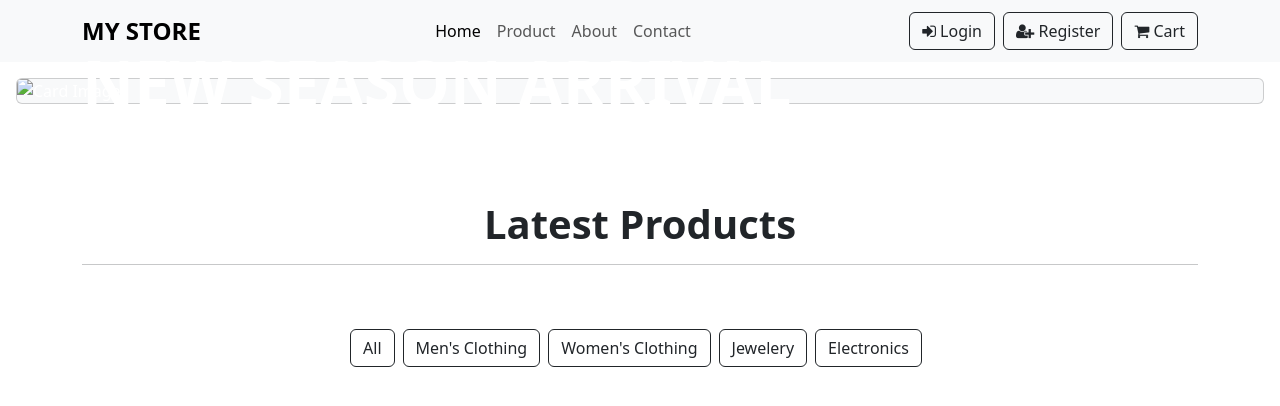
Repository: asad3407886839/E-commerce-Store
Page: / (app in vite-project/)
These files come from the project's save history. The page is drawn as it stood at one moment and after the next save; the edit follows.
The browser window is 1280 px wide. The pictures show the whole page.
The page's requests for data from a server got no answer. The project was rebuilt for these pictures with package versions that can differ from the ones it lists, and the page was loaded fresh each time. A package was used in the major version that the imports need, not the one package.json lists. No one was signed in, and anything a server would have sent is missing. Also part of the build but not shown: vite-project/vite.config.js, vite-project/src/index.css.

Above is the page before, as saved 2024-06-29 18:56:57.

### vite-project/src/main.jsx
import React from 'react'
import ReactDOM from 'react-dom/client'
import App from './App.jsx'
import './index.css'
import '../node_modules/bootstrap/dist/css/bootstrap.min.css'
import '../node_modules/bootstrap/dist/js/bootstrap.bundle'
import 'font-awesome/css/font-awesome.min.css'
import { BrowserRouter } from 'react-router-dom';


ReactDOM.createRoot(document.getElementById('root')).render(
  <BrowserRouter>
 <App/>

  </BrowserRouter>
)

### vite-project/src/App.jsx
import React from 'react'
import Navbar from './components/Navbar'
import Home from './components/Home'
import Products from './components/Products'
import {  Route, Switch } from 'react-router-dom';

const App = () => {
  return (
    <div>
      <Navbar/>
      <Home/>
      <Products/>
    </div>
  )
}

export default App

### vite-project/src/components/Navbar.jsx
import React from 'react';
const Navbar = () => {
  return (
    <div>
      <nav className="navbar navbar-expand-lg navbar-light bg-light">
        <div className="container">
          <a className="navbar-brand fw-bold fs-4" href="#">MY STORE</a>
          <button
            className="navbar-toggler"
            type="button"
            data-bs-toggle="collapse"
            data-bs-target="#navbarSupportedContent"
            aria-controls="navbarSupportedContent"
            aria-expanded="false"
            aria-label="Toggle navigation"
          >
            <span className="navbar-toggler-icon"></span>
          </button>
          <div className="collapse navbar-collapse" id="navbarSupportedContent">
            <ul className="navbar-nav mx-auto mb-2 mb-lg-0">
              <li className="nav-item">
                <a className="nav-link active" aria-current="page" href="#">Home</a>
              </li>
              <li className="nav-item">
                <a className="nav-link" href="#">Product</a>
              </li>
              <li className="nav-item">
                <a className="nav-link" aria-current="page" href="#">About</a>
              </li>
              <li className="nav-item">
                <a className="nav-link" aria-current="page" href="#">Contact</a>
              </li>
            </ul>
            <div className="buttons">
              <a href="" className="btn btn-outline-dark">
                <i className="fa fa-sign-in"></i> Login
              </a>
              <a href="" className="btn btn-outline-dark ms-2">
                <i className="fa fa-user-plus"></i> Register
              </a>
              <a href="" className="btn btn-outline-dark ms-2">
                <i className="fa fa-shopping-cart"></i> Cart
              </a>
            </div>
          </div>
        </div>
      </nav>
    </div>
  );
};

export default Navbar;

### vite-project/src/components/Home.jsx
import React from 'react';

const Home = () => {
  return (
    <div className="hero">
       <div className="card text-white bg-light position-relative m-3" >
       <img
          src="https://avatars.mds.yandex.net/i?id=39f40d791f1f7c86e921481b05da4f674ca95710-12803937-images-thumbs&n=13"
          className="card-img"
          alt="Card Image"
          style={{ maxHeight: '650px', width: 'auto' }}
        />
        <div className="card-img-overlay d-flex align-items-center justify-content-start">
          <div className="container text-start">
            <h5 className="card-title display-3 fw-bold mb-0 text-white">NEW SEASON ARRIVAL</h5>
            <p className="card-text text-uppercase text-white">Check Out All Trends</p>
          </div>
        </div>
      </div>
    </div>
  );
};

export default Home;

### vite-project/src/components/Products.jsx
import React, { useState, useEffect } from 'react';

const Products = () => {
  const [data, setData] = useState([]);
  const [filter, setFilter] = useState([]);
  const [loading, setLoading] = useState(false);
  let componentMounted = true;

  useEffect(() => {
    const fetchProducts = async () => {
      setLoading(true);
      try {
        const response = await fetch('https://fakestoreapi.com/products');
        const result = await response.json();
        if (componentMounted) {
          setData(result);
          setFilter(result);
          setLoading(false);
        }
      } catch (error) {
        console.error("Error fetching data:", error);
        setLoading(false);
      }
    };

    fetchProducts();

    return () => {
      componentMounted = false;
    };
  }, []);

  if (loading) {
    return <div>Loading...</div>;
  }

  const showProducts = () => {
    return (
      <>
        <div className="buttons d-flex justify-content-center mb-5 pb-5">
          <button className="btn btn-outline-dark me-2" onClick={() => setFilter(data)}>All</button>
          <button className="btn btn-outline-dark me-2" onClick={() => setFilter(data.filter(product => product.category === 'men\'s clothing'))}>Men's Clothing</button>
          <button className="btn btn-outline-dark me-2" onClick={() => setFilter(data.filter(product => product.category === 'women\'s clothing'))}>Women's Clothing</button>
          <button className="btn btn-outline-dark me-2" onClick={() => setFilter(data.filter(product => product.category === 'jewelery'))}>Jewelery</button>
          <button className="btn btn-outline-dark me-2" onClick={() => setFilter(data.filter(product => product.category === 'electronics'))}>Electronics</button>
        </div>
        <div className="row">
          {filter.map((product) => (
            <div className="col-md-3 mb-4" key={product.id}>
              <div className="card h-100 text-center p-3">
                <img
                  src={product.image}
                  className="card-img-top"
                  alt={product.title}
                  height="250px"
                />
                <div className="card-body">
                  <h5 className="card-title">{product.title}</h5>
                  <p className="card-text lead fw-bold">${product.price}</p>
                  <a href="#" className="btn btn-outline-dark">
                    Buy Now
                  </a>
                </div>
              </div>
            </div>
          ))}
        </div>
      </>
    );
  };

  return (
    <div className="container my-5 py-5">
      <div className="row">
        <div className="col-12 mb-5">
          <h1 className="display-6 fw-bolder text-center">Latest Products</h1>
          <hr />
        </div>
      </div>
      <div className="row justify-content-center">
        {showProducts()}
      </div>
    </div>
  );
};

export default Products;

Loaded but not shown: vite-project/index.html (common file)

After the next save:
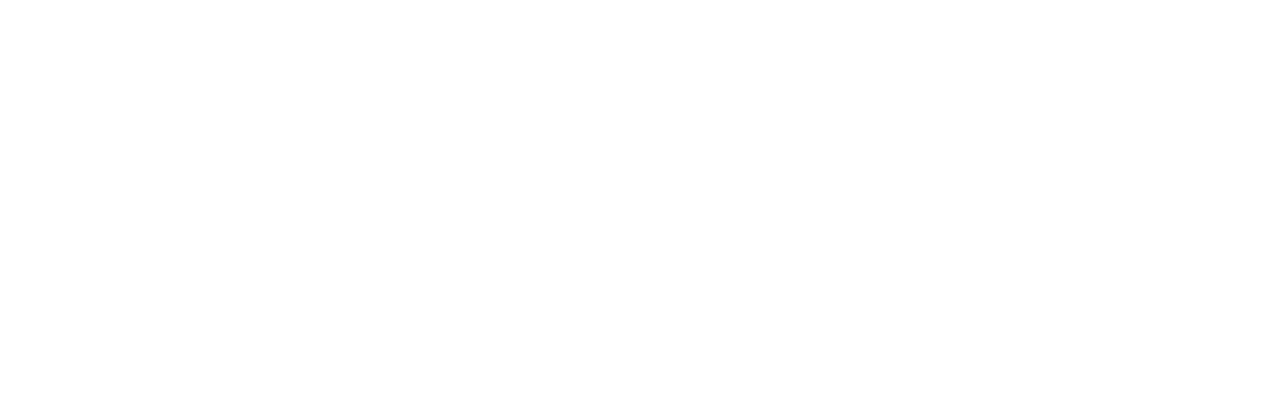
Console error: ReferenceError: Product is not defined
Saved 36 s later.
--- a/vite-project/src/App.jsx
+++ b/vite-project/src/App.jsx
@@ -7,9 +7,16 @@
 const App = () => {
   return (
     <div>
-      <Navbar/>
-      <Home/>
-      <Products/>
+       <Switch>
+        <Route exact path="/" component={Home} />
+        <Route exact path="/products" component={Product} />
+        <Route exact path="/products/:id" component={ProductDetail} />
+        <Route exact path="/cart" component={Cart} />
+        <Route exact path="/checkout" component={Checkout} />
+        <Route exact path="/about" component={About} />
+        <Route exact path="/contact" component={Contact} />
+
+      </Switch>
     </div>
   )
 }

After the 2 saves that followed:
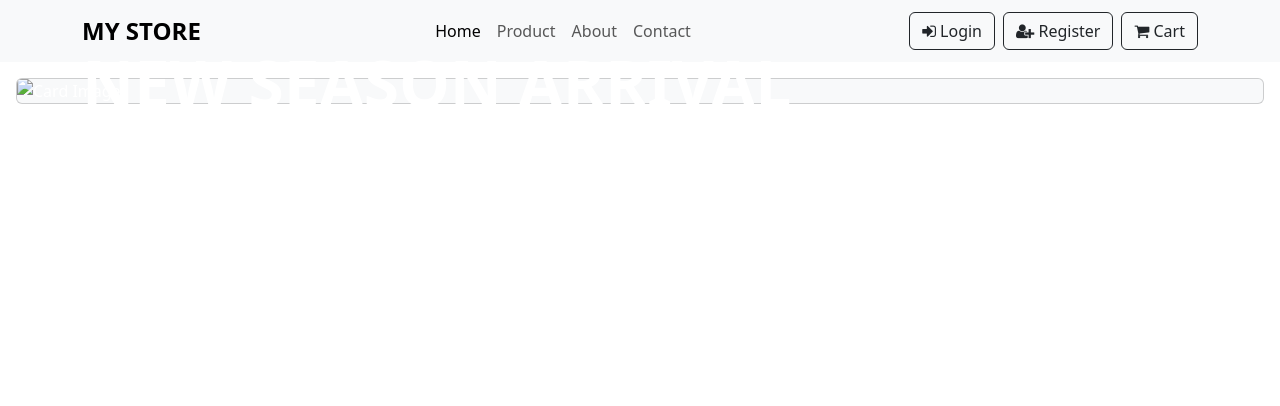
The error is gone.
The 2 saves are shown as one change because 1 left the picture as it was.
The last was saved 66 s later.
--- a/vite-project/src/App.jsx
+++ b/vite-project/src/App.jsx
@@ -7,14 +7,15 @@
 const App = () => {
   return (
     <div>
+      <Navbar/>
        <Switch>
         <Route exact path="/" component={Home} />
-        <Route exact path="/products" component={Product} />
-        <Route exact path="/products/:id" component={ProductDetail} />
+        <Route exact path="/Products" component={Products} />
+    {/*     <Route exact path="/products/:id" component={ProductDetail} />
         <Route exact path="/cart" component={Cart} />
         <Route exact path="/checkout" component={Checkout} />
         <Route exact path="/about" component={About} />
-        <Route exact path="/contact" component={Contact} />
+        <Route exact path="/contact" component={Contact} /> */}
 
       </Switch>
     </div>
